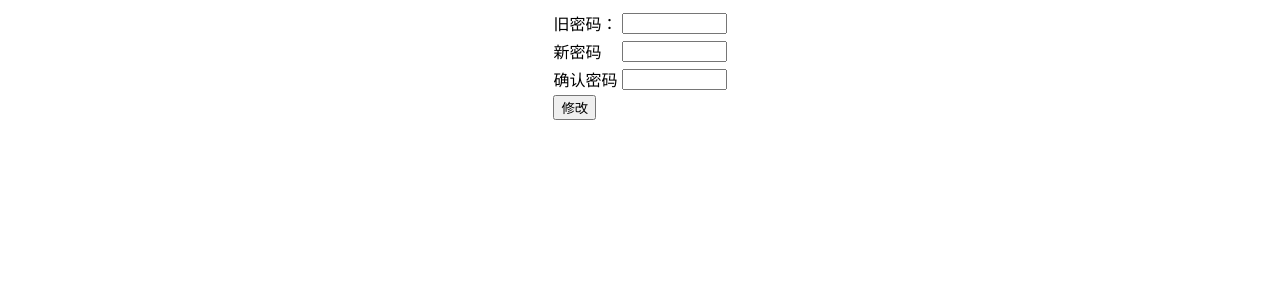
Repository: qqloli/fight
Page: http://localhost/s2sh/user_xiugai.jsp
These files come from the project's save history. The page is drawn as it stood at one moment and after the next save; the edit follows.
The browser window is 1280 px wide. The pictures show the whole page.
The page is served by Tomcat 9. Nobody is signed in. The application's start-up code is not run. Other server files are loaded and not shown.

Above is the page before, as saved 2019-06-19 02:55:18.

### eclipse/s2sh/WebContent/user_xiugai.jsp
<%@ page language="java" contentType="text/html; charset=utf-8"
    pageEncoding="utf-8"%>
<!DOCTYPE html PUBLIC "-//W3C//DTD HTML 4.01 Transitional//EN" "http://www.w3.org/TR/html4/loose.dtd">
<html>
<head>
<meta http-equiv="Content-Type" content="text/html; charset=utf-8">
<title>Insert title here</title>
</head>
<body>
<table align="center">
<tr><td>旧密码：</td>
<td><input type="password" name="pwd.password" size="10" /></td>
</tr>
<tr> <td>新密码</td>
<td><input type="password" name="user.name" size="10" /></td>
</tr>
<tr> <td>确认密码</td>
<td><input type="password" name="pwd.password2" size="10" /></td>
</tr>
<td calspan="2"><input type="submit" name="submit" value="修改"></td>
</table>
</body>
</html>

After the next save:
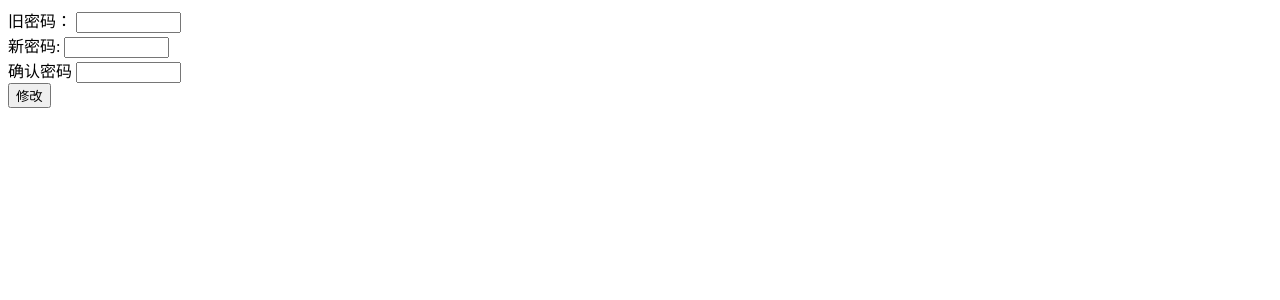
Saved 2 min 13 s later.
--- a/eclipse/s2sh/WebContent/user_xiugai.jsp
+++ b/eclipse/s2sh/WebContent/user_xiugai.jsp
@@ -7,17 +7,16 @@
 <title>Insert title here</title>
 </head>
 <body>
-<table align="center">
-<tr><td>旧密码：</td>
-<td><input type="password" name="pwd.password" size="10" /></td>
-</tr>
-<tr> <td>新密码</td>
-<td><input type="password" name="user.name" size="10" /></td>
-</tr>
-<tr> <td>确认密码</td>
-<td><input type="password" name="pwd.password2" size="10" /></td>
-</tr>
-<td calspan="2"><input type="submit" name="submit" value="修改"></td>
-</table>
+<form action="/s2sh/userAction_change" method="post">
+ 旧密码：
+ <input type="password" name="pwd.password" size="10" /> <br>
+
+ 新密码:
+ <input type="password" name="user.name" size="10" /> <br>
+ 确认密码
+ <input type="password" name="pwd.password2" size="10" /> <br>
+
+<input type="submit" name="submit" value="修改">
+</form>
 </body>
 </html>
